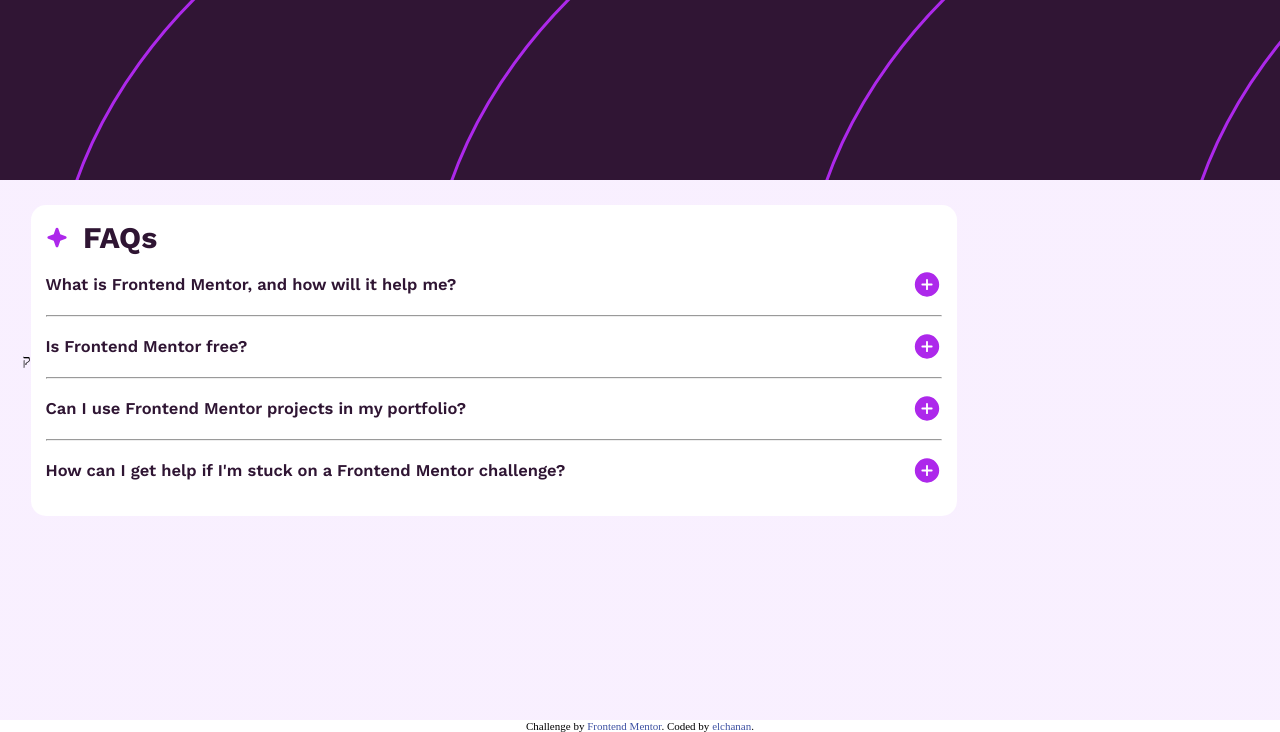
Repository: elchananChen/frontend-mentor-projects
Page: 2024/10/faQs/index.html
An editor plug-in stored every save of this project. The page is shown before and after the next save, followed by the edit.
The browser window is 1280 px wide. The pictures show the whole page.

Above is the page before, as saved 2024-10-15 19:48:08.

After the next save:
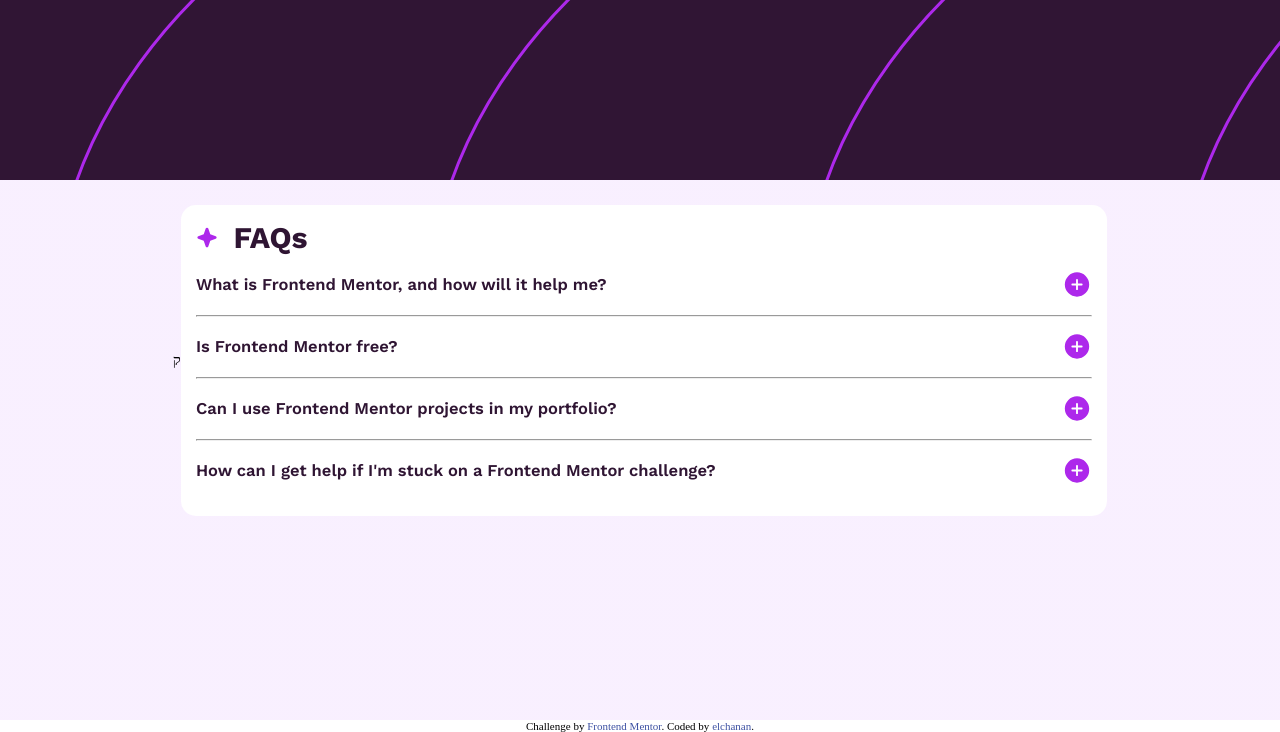
Saved 35 s later.
--- a/2024/10/faQs/style.css
+++ b/2024/10/faQs/style.css
@@ -18,13 +18,14 @@
 }
 article {
   display: flex;
+  justify-content: center;
+  align-items: center;
   min-height: 100vh;
   width: 100%;
   padding: 1.5rem;
   padding-block: 5rem;
   background: linear-gradient(180deg, transparent 25%, hsl(275, 100%, 97%) 25%),
     url("./assets/images/background-pattern-mobile.svg");
-  align-items: center;
 }
 
 .card {
